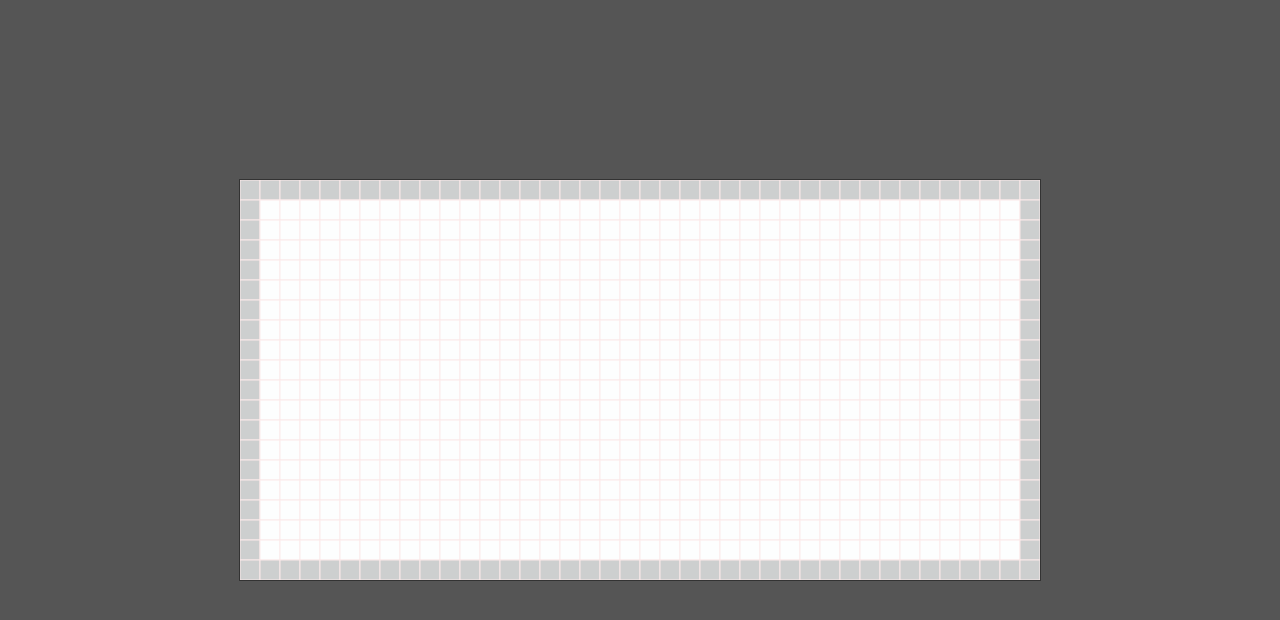
Repository: newstar456/Snake-Game
Page: /
An editor plug-in stored every save of this project. The page is shown before and after the next save, followed by the edit.
The browser window is 1280 px wide. The pictures show the whole page.
The project was rebuilt for these pictures with package versions that can differ from the ones it lists, and the page was loaded fresh each time. The framework's server and built-in components were replaced by stand-ins that run in the browser. Also part of the build but not shown: next.config.ts.

Above is the page before, as saved 2025-06-04 22:02:00.

### src/app/page.tsx
import GameBoard from '@components/GameBoard';

export default function Home() {
  return (
    <main className="min-h-screen flex items-center justify-center">
      <GameBoard />
    </main>
  );
}

### src/components/GameBoard.tsx
'use client'

import { useEffect, useRef } from 'react';
import GameField from '@lib/GameField';
import Snake from '@lib/SNake';

const GameBoard = () => {
  const canvasRef = useRef<HTMLCanvasElement>(null);
  const fieldRef = useRef<GameField>();
  const snakeRef = useRef<Snake>();
  const cellSize = 20;

  useEffect(() => {
    const canvas = canvasRef.current;
    const ctx = canvas?.getContext("2d");
    if (!canvas || !ctx) return;

    const field = new GameField();
    field.draw(ctx);
  }, []);

  return (
    <div className="flex justify-center mt-10">
      <canvas
        ref={canvasRef}
        width={800}
        height={400}
        style={{ border: "1px solid #333" }}
      />
    </div>
  );
};

export default GameBoard;

### src/lib/GameField.ts
import GameCell from './GameCell';

export default class GameField {
  cells: GameCell[][] = [];
  cols: number = 40;
  rows: number = 20;
  cellSize: number = 20;

  constructor() {
    this.initializeField();
  }

  initializeField() {
    for (let y = 0; y < 20; y++) {
      const row: GameCell[] = [];
      for (let x = 0; x < this.cols; x++) {
        const isBorder = x === 0 || y === 0 || x === this.cols - 1 || y === this.rows - 1;
        const cell = new GameCell(x * this.cellSize, y * this.cellSize, !isBorder);
        row.push(cell);
      }
      this.cells.push(row);
    }
  }

  draw(context: CanvasRenderingContext2D) {
    for (const row of this.cells) {
      for (const cell of row) {
        cell.draw(context);
      }
    }
  }
}

### src/lib/GameCell.ts
export default class GameCell {
  x: number;
  y: number;
  isWalkable: boolean;

  constructor(x: number, y: number, isWalkable: boolean) {
    this.x = x;
    this.y = y;
    this.isWalkable = isWalkable;
  }

  draw(context: CanvasRenderingContext2D) {
    context.fillStyle = this.isWalkable ? "#FDFEFE" : "#CDCFCF";
    context.fillRect(this.x, this.y, 20, 20);
    context.strokeStyle = "#FBEAEA";
    context.strokeRect(this.x, this.y, 20, 20);
  }
}

### src/lib/SNake.ts
import SnakeSegment from './SnakeSegment';

export default class Snake {
  segments: SnakeSegment[] = [];
  direction: 'up' | 'down' | 'left' | 'right' = 'left';
  cellSize: number;

  constructor(startX: number, startY: number, cellSize: number) {
    this.cellSize = cellSize;

    for (let i = 0; i < 5; i++) {
      const type = i === 0 ? 'head' : (i === 4 ? 'tail' : 'body');
      const segment = new SnakeSegment(startX + i, startY, type, this.direction);
      this.segments.push(segment);
    }
  }

  move() {
    const head = this.segments[0];
    const newHead = new SnakeSegment(head.x, head.y, 'head', this.direction);

    switch (this.direction) {
      case 'up':
        newHead.y -= 1;
        break;
      case 'down':
        newHead.y += 1;
        break;
      case 'left':
        newHead.x -= 1;
        break;
      case 'right':
        newHead.x += 1;
        break;
    }

    // Update current head to body
    this.segments[0].type = 'body';

    // Save last tail position
    const tail = this.segments[this.segments.length - 1];
    tail.lastTailPosition = { x: tail.x, y: tail.y };

    // Remove tail, insert new head
    this.segments.pop();
    this.segments.unshift(newHead);

    // Update tail marker
    this.segments[this.segments.length - 1].type = 'tail';
  }

  draw(ctx: CanvasRenderingContext2D) {
    for (const segment of this.segments) {
      segment.draw(ctx, this.cellSize);
    }
  }

  setDirection(newDirection: 'up' | 'down' | 'left' | 'right') {
    // Prevent reversal
    if (
      (this.direction === 'left' && newDirection === 'right') ||
      (this.direction === 'right' && newDirection === 'left') ||
      (this.direction === 'up' && newDirection === 'down') ||
      (this.direction === 'down' && newDirection === 'up')
    ) {
      return;
    }

    this.direction = newDirection;
  }
}

### src/lib/SnakeSegment.ts
export type SegmentType = 'head' | 'body' | 'tail';

export default class SnakeSegment {
  x: number;
  y: number;
  type: SegmentType;
  lastTailPosition: { x: number; y: number };
  direction: 'up' | 'down' | 'left' | 'right';

  constructor(x: number, y: number, type: SegmentType, direction: 'up' | 'down' | 'left' | 'right') {
    this.x = x;
    this.y = y;
    this.type = type;
    this.direction = direction;
    this.lastTailPosition = { x, y };
  }

  draw(ctx: CanvasRenderingContext2D, size: number) {
    switch (this.type) {
      case 'head':
        ctx.fillStyle = 'green';
        break;
      case 'body':
        ctx.fillStyle = 'lime';
        break;
      case 'tail':
        ctx.fillStyle = 'darkgreen';
        break;
    }

    ctx.fillRect(this.x * size, this.y * size, size, size);
    ctx.strokeStyle = '#000';
    ctx.strokeRect(this.x * size, this.y * size, size, size);
  }
}

Loaded but not shown: src/app/layout.tsx (common file); src/app/globals.css (common file); tailwind.config.ts (common file)

After the next save:
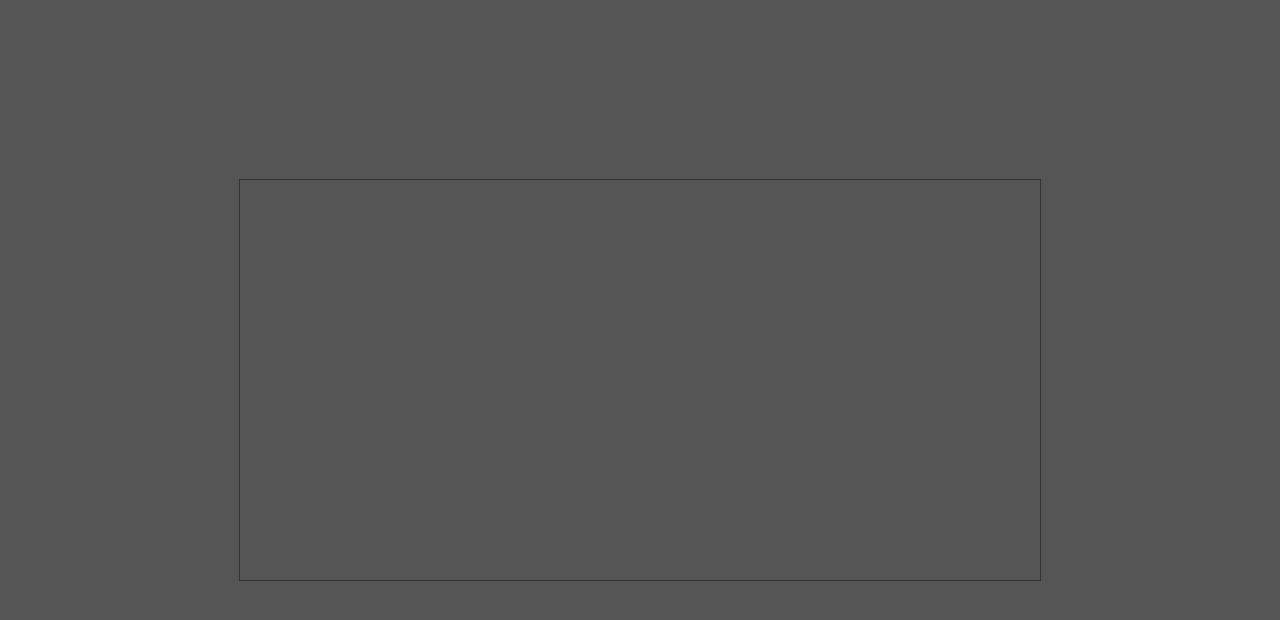
Saved 48 s later.
--- a/src/components/GameBoard.tsx
+++ b/src/components/GameBoard.tsx
@@ -15,8 +15,10 @@
     const ctx = canvas?.getContext("2d");
     if (!canvas || !ctx) return;
 
-    const field = new GameField();
-    field.draw(ctx);
+    fieldRef.current = new GameField();
+    const startX = Math.floor(40 / 2);
+    const startY = Math.floor(20 / 2);
+    snakeRef.current = new Snake(startX, startY, cellSize);
   }, []);
 
   return (

After the 2 saves that followed:
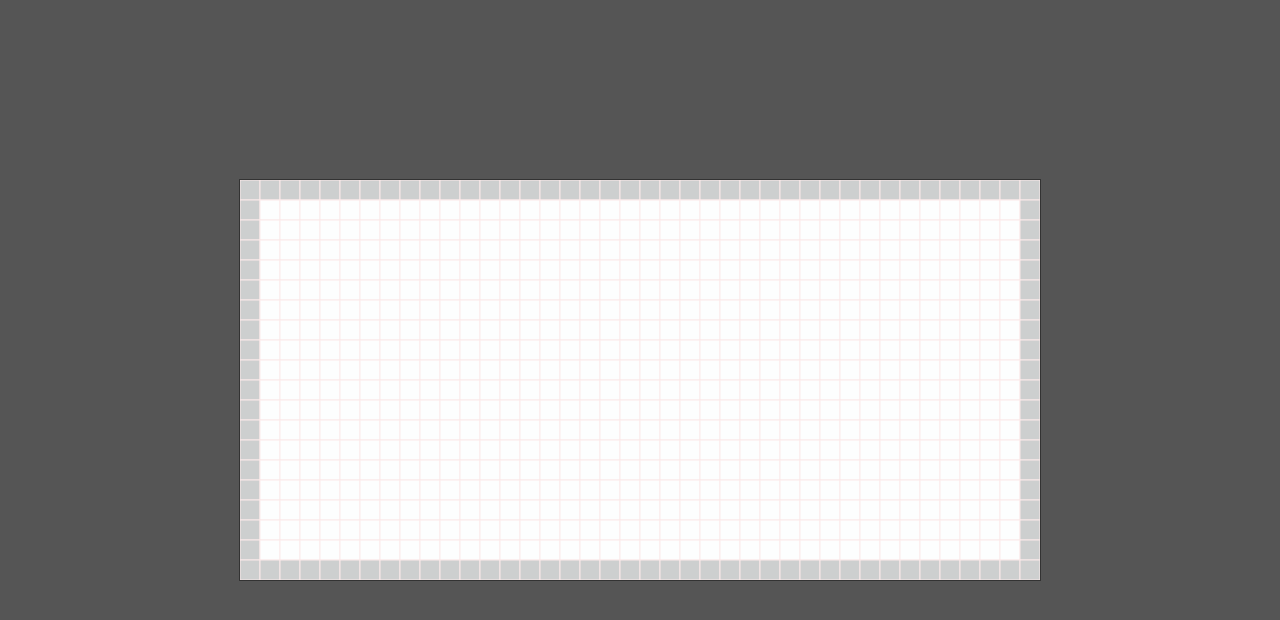
The 2 saves are shown as one change because 1 left the picture as it was.
The last was saved 72 s later.
--- a/src/components/GameBoard.tsx
+++ b/src/components/GameBoard.tsx
@@ -19,6 +19,20 @@
     const startX = Math.floor(40 / 2);
     const startY = Math.floor(20 / 2);
     snakeRef.current = new Snake(startX, startY, cellSize);
+
+    const render = () => {
+      ctx.clearRect(0, 0, canvas.width, canvas.height);
+      fieldRef.current?.draw(ctx);
+      snakeRef.current?.draw(ctx);
+    };
+
+    const loop = () => {
+      snakeRef.current?.move();
+      render();
+    };
+
+    const interval = setInterval(loop, 200);
+
   }, []);
 
   return (
